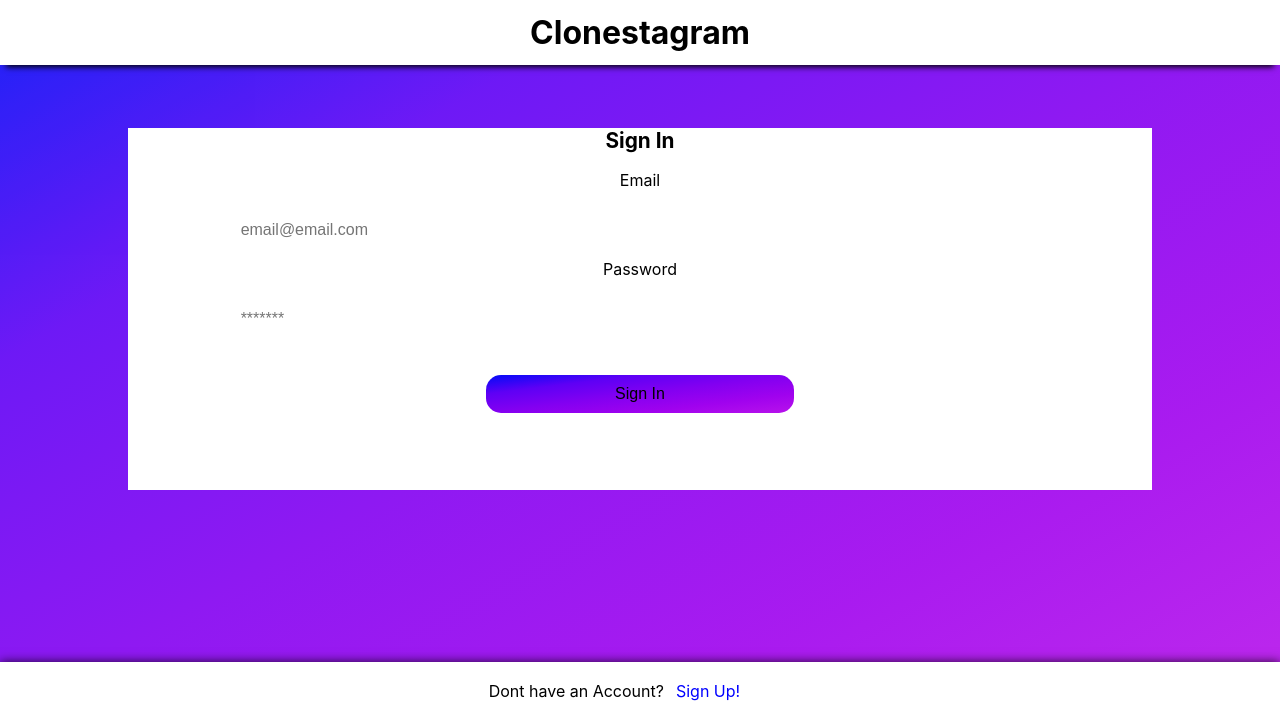
Repository: MikeMoore55/clonestagram
Page: /signin
The author's editor kept a copy of each file at every save. The page is drawn from the files as they stood at one save, then again after the next save.
The browser window is 1280 px wide. The pictures show the whole page.
The page's requests for data from a server got no answer. The project was rebuilt for these pictures with package versions that can differ from the ones it lists, and the page was loaded fresh each time. The framework's server and built-in components were replaced by stand-ins that run in the browser. No one was signed in, and anything a server would have sent is missing. Also part of the build but not shown: next.config.js.

Above is the page before, as saved 2022-11-18 09:01:47.

### pages/_app.jsx
import Layout from '../components/Layout/Layout';
import '../styles/globals.css';

export default function MyApp({ Component, pageProps }) {
  return (
    <Layout>
      <Component {...pageProps} />
    </Layout>
  );
};

### pages/signin.jsx
import React from 'react';
import { SupaBaseDB } from '../utils/dbconnect';
import SignInForm from '../components/Auth/SignInForm';

export default function signin({accounts}) {
  return (
    <div>
      <SignInForm accounts={accounts} />
    </div>
  );
};

export const getStaticProps = async () => {
    const accounts = await SupaBaseDB
      .from("account")
      .select('*')

    const userAccounts = accounts.data;

    return {
        props: {
            accounts: userAccounts
        }
    };
};

### components/Layout/Layout.jsx
import React from 'react';
import Header from './Header';

export default function Layout({children}) {
  return (
    <div id='Layout'>
      <Header />
      {children}
    </div>
  );
};

### styles/globals.css
html,
body {
  padding: 0;
  margin: 0;
  font-family: -apple-system, BlinkMacSystemFont, Segoe UI, Roboto, Oxygen,
    Ubuntu, Cantarell, Fira Sans, Droid Sans, Helvetica Neue, sans-serif;
}

a {
  color: inherit;
  text-decoration: none;
}

* {
  box-sizing: border-box;
}

@media (prefers-color-scheme: dark) {
  html {
    color-scheme: dark;
  }

  body {
    color: black;
    background: rgb(234, 233, 233);
  }
}

### utils/dbconnect.js
import { createClient } from "@supabase/supabase-js";

const supabaseUrl = process.env.NEXT_PUBLIC_SUPABASE_URL;
const supabaseApi = process.env.NEXT_PUBLIC_SUPABASE_API_KEY;

export const SupaBaseDB = createClient(supabaseUrl, supabaseApi);

### components/Auth/SignInForm.jsx
import React,{useState} from 'react';
import Link from 'next/link';
import { useRouter } from 'next/router';
import { useCookies } from 'react-cookie';
import styles from '../../styles/SignIn.module.css';

export default function SignInForm({accounts}) {

    const allAccounts = accounts;

    const router = useRouter();

    const [email, setEmail] = useState('');
    const [password, setPassword] = useState('');
    const [errmsg, setErrmsg] = useState('');

    const [cookie, setCookie] = useCookies(["user"]);

    const handleSignIn = async (event) => {

        if (email === '' && password === '') {
            event.preventDefault();
            setErrmsg('Fields cannot be left blank');
        }
        else {

            event.preventDefault();

            // make sure that the input email matched any of those within the db (accounts)
            var indexNr = -1;
            for(var i=0; i < allAccounts.length; i++) {
                if(allAccounts[i].email == email) {
                indexNr = i;
                break;
                }
            }

            //get user account if email exists in accounts in db
            const account = allAccounts[indexNr]


            if (password !== account.password) {
                setErrmsg('password is incorrect, try again');
            }
            else {
                //have the user id set as cookie to be used across the application
                setCookie("user", account.id, {
                path: "/",
                maxAge: 1800,
                sameSite: true,
                });
                setErrmsg('');
                router
                .push({
                    pathname: '/feed', // when successful take to the feed page
                })
            };
        };
    };

    return (
        <div className={styles.container}>

            <form onSubmit={handleSignIn} className={styles.signInForm}>

                <h2 className={styles.heading}>
                    Sign In
                </h2>

                <label className={styles.label}>
                    Email
                </label>
                <input
                className={styles.input}
                type='email'
                value={email}
                onChange={(e) => setEmail(e.target.value)}
                placeholder="email@email.com" />

                <label className={styles.label}>
                    Password
                </label>
                <input
                className={styles.input}
                type='password'
                value={password}
                onChange={(e) => setPassword(e.target.value)}
                placeholder="*******" />

                <p className={styles.errMsg}>
                    {errmsg}
                </p>

                <button className={styles.btn} type='submit'>
                    Sign In
                </button>

            </form>

            <div className={styles.backgroundFeature}>
                1
            </div>

            <div className={styles.signUpSection}>
                Dont have an Account?
                <span className={styles.signUpText}>
                    <Link href='/signup'>
                        Sign Up!
                    </Link>
                </span>
            </div>

        </div>
    );
};

### components/Layout/Header.jsx
import React from 'react';
import styles from '../../styles/Header.module.css';

export default function Header() {
    return (
        <header className={styles.header}>
            <h1>Clonestagram</h1>
        </header>
    );
};

### styles/SignIn.module.css
.container {
    position: relative;
    padding-top: 30%;
}

.signInForm {
    position: relative;
    padding: 0% 0% 3% 0%;
    width: 80%;
    margin: 3% 10% 5% 10%;
    text-align: center;
    background-color: white;
}

.heading {
    position: relative;
    text-align: center;
    font-size: 1.6em;
}

.label {
    position: relative;
    text-align: center;
    font-size: 1.1em;

}

.input {
    position: relative;
    margin: 5% 10% 5% 10%;
    width: 80%;
    background-color: white;
    border: none;
    border-radius: 10px;
    font-size: 1em;
    padding: 1%;
    color: gray;
}

.input:active {
    border: 1px blue solid;
    transform: scale(1.1);
}

.input:hover {
    border: 1px blue solid;
    transform: scale(1.1);
}

.errMsg {
    position: relative;
    color: red;
}

.btn {
    position: relative;
    border: none;
    background-image: linear-gradient(to right bottom, #000bf8, #5e00f5, #8300f1, #a002ee, #b812eb);
    border-radius: 10px;
    padding: 2% 2% 2% 2%;
    width: 40%;
    margin: 1% 30% 1% 30%;
    font-size: 1em;
}

.btn:active {
    transform: scale((0.9));
}

.backgroundFeature {
    position: fixed;
    color: transparent;
    background-image: linear-gradient(to right bottom, #000bf8, #5e00f5, #8300f1, #a002ee, #b812eb);
    width: 100%;
    height: 100%;
    bottom: 0%;
    right: 0%;
    top: 0%;
    left: 0%;
    z-index: -1;
    opacity: 0.9;
}

.signUpSection {
    position: fixed;
    width: 100%;
    bottom: 0%;
    left: 0%;
    right: 0%;
    box-shadow: 0px 0 10px rgba(0, 0, 0, 0.8);
    padding: 5% 5% 5% 5%;
    background-color: white;
    text-align: center;
}

.signUpText {
    position: relative;
    color: blue;
    margin-left: 2%;
}

@media (min-width: 490px) {
    .container {
        padding-top: 23%;
    }

    .signInForm {
        padding: 0% 0% 3% 0%;
        margin: 3% 10% 5% 10%;
    }

    .heading {
        font-size: 2.2em;
    }

    .label {
        font-size: 1.5em;
    }

    .input {
        margin: 3% 10% 4% 10%;
        font-size: 1.3em;
        padding: 1%;
        border-radius: 15px;
    }

    .errMsg {
        font-size: 1.3em;
    }

    .btn {
        margin: 1% 30% 1% 30%;
        font-size: 1.5em;
        border-radius: 15px;
    }

    .signUpSection {
        padding: 4% 5% 4% 5%;
        font-size: 1.4em;
    }

    .signUpText {
        position: relative;
        color: blue;
        margin-left: 2%;
    }
}

@media (min-width: 1000px) {
    .container {
        padding-top: 8%;
    }

    .signInForm {
        padding: 0% 0% 2% 0%;
        margin: 2% 10% 1% 10%;
    }

    .heading {
        font-size: 1.3em;
    }

    .label {
        font-size: 1em;
    }

    .input {
        margin: 2% 10% 1% 10%;
        font-size: 1em;
        padding: 1%;
    }

    .errMsg {
        font-size: 1em;
    }

    .btn {
        margin: 1% 35% 5% 35%;
        width: 30%;
        font-size: 1em;
        padding: 1% 1% 1% 1%;
    }

    .signUpSection {
        padding: 1.5% 5% 1.5% 1%;
        font-size: 1em;
    }

    .signUpText {
        position: relative;
        color: blue;
        margin-left: 1%;
    }
}

### styles/Header.module.css
.header {
    position: fixed;
    top: 0%;
    left: 0%;
    right: 0%;
    width: 100%;
    text-align: center;
    background-color: white;
    box-shadow: 0 8px 6px -6px black;
    z-index: 5;
    margin: 0%;
    padding: 3.5%;
}

.header h1 {
    margin: 0%;
    padding: 0%;
}


@media (min-width: 490px) {
    .header {
        padding: 3%;
    }

    .header h1 {
        font-size: 2.7em;
    }
}

@media (min-width: 1000px) {
    .header {
        padding: 1%;
    }

    .header h1 {
        font-size: 2em;
    }
}

After the next save:
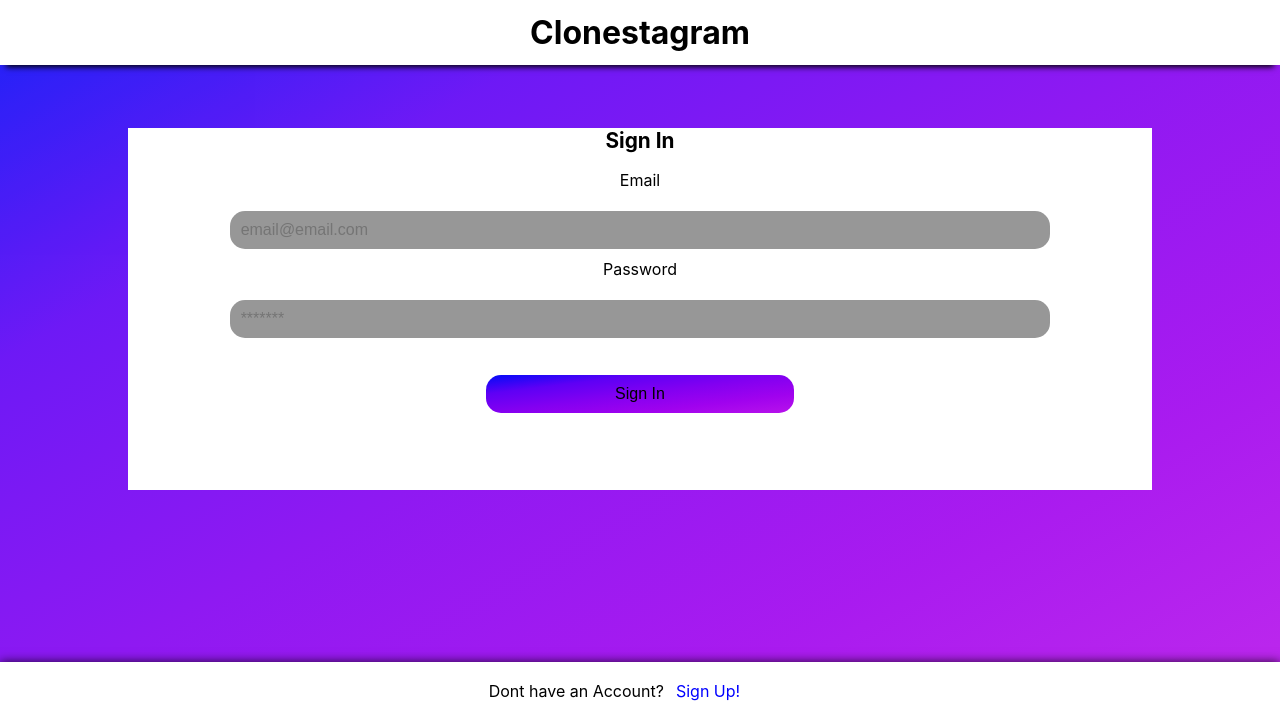
Saved 11 s later.
--- a/styles/SignIn.module.css
+++ b/styles/SignIn.module.css
@@ -29,7 +29,7 @@
     position: relative;
     margin: 5% 10% 5% 10%;
     width: 80%;
-    background-color: white;
+    background-color: rgb(151, 151, 151);
     border: none;
     border-radius: 10px;
     font-size: 1em;
